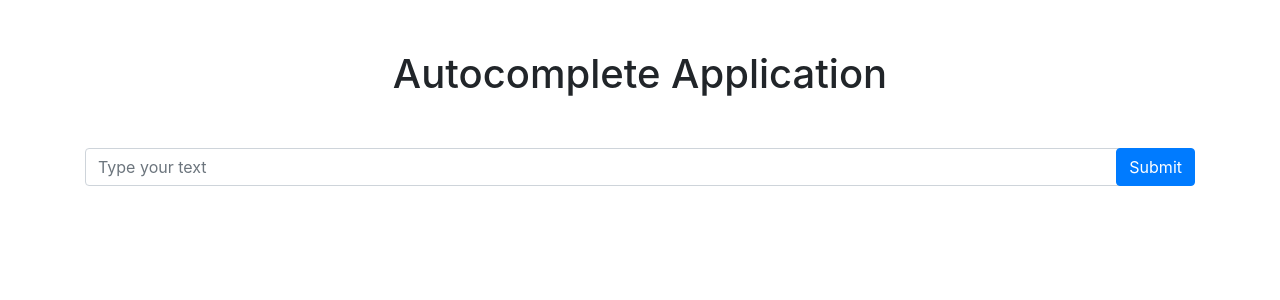
Repository: purnimapatel/auto_complete_using_trie
Page: index.html
An editor plug-in stored every save of this project. The page is shown before and after the next save, followed by the edit.
The browser window is 1280 px wide. The pictures show the whole page.
Empty fields were first filled with sample values (such as "Sample", 5 or name@example.com).
After loading, the first visible `button.btn` was clicked once.

Above is the page before, as saved 2025-03-29 13:50:53.

### index.html
<!DOCTYPE html>
<html lang="en">

<head>
    <meta charset="UTF-8">
    <meta name="viewport" content="width=device-width, initial-scale=1.0">
    <link href="./index.css" rel="stylesheet">
    <link rel="stylesheet" href="https://stackpath.bootstrapcdn.com/bootstrap/4.5.0/css/bootstrap.min.css"
        integrity="sha384-9aIt2nRpC12Uk9gS9baDl411NQApFmC26EwAOH8WgZl5MYYxFfc+NcPb1dKGj7Sk" crossorigin="anonymous">
    <title>Autocomplete Application</title>
</head>

<body>
    <header>
        <div class="container">
            <h1 class="top">Autocomplete Application</h1>
        </div>
    </header>

    <main>

        <div class="container top">
            <div class="input-group mb-3">
                <input type="text" class="form-control" placeholder="Type your text" id="text-box">
                <span><button class="btn btn-primary" onclick="handleSubmit()">Submit</button></span>
            </div>
            <ul id="list" class="list-group">
            </ul>

        </div>

    </main>

    <script src="./js/trie.js"></script>
    <script src="./js/data.js"></script>
    <script src="./js/index.js"></script>

</body>

</html>

### index.css
.top{
    margin-top: 50px;
    text-align: center;
    margin-left: auto;
    margin-right: auto;
    max-width: 500px;
}

.clickable{
    cursor: pointer;
}

.btn-primary{
    margin-left: -75px;
    position: relative;
    z-index: 3;
}

.btn-primary:active{
    z-index: 3;
}

#text-box{
    z-index: 1;
}
.form-control:focus{
    z-index: 1;
}

.input-group{
    position: relative;
}

### js/trie.js
function makeNode(ch) {
    this.ch = ch;
    this.isTerminal = false;
    this.map = {};
    this.words = [];
}

function add(str, i, root) {

    if (i === str.length) {
        root.isTerminal = true;
        return;
    }

    if (!root.map[str[i]])
        root.map[str[i]] = new makeNode(str[i]);

    root.words.push(str);
    add(str, i + 1, root.map[str[i]]);
}

function search(string, i, root){
    if(string.length === 0){
        return[];
    }
    if(i === string.length){
        return root.words;
    }
    if(!root.map[string[i]]){
        return[];
    }
    return search(string, i+1, root.map[string[i]]);

}

### js/data.js
let items = [
    "how to learn dsa",
    "Hello World",
    "apple",
    "app",
    "Avishkaar",
    "How to install Anaconda",
    "How to create youtube shorts",
    "Happy Coding",
    "What is Dark Web",
    "Learn DSA with Pepcoding",
    "Nados Info",
    "Learn with NADOS",
    "Mango",
    "Application",
    "What is WWW.",
    "Inner engineering",
    "World Wide Web",
    "Random Access Memory",
    "Roadways info",
    "Placement",
    "how to prepare for product based companies",
    "what is fullform of",
    "what is fullform of ISRO",
    "what is the Barmuda triangle",
    "'Be positive' essay",
    "Uses of Sulphur",
    "Today's Tagline",
    "Dart",
    "Dart Programming",
    "Don 2",
    "DareToCompete",
    "Do's and dont's",
    "The Sun",
    "The Universe",
    "The University",
    "Divide and Rule",
    "Check your Brain age",
    "Concept of Relativity",
    "Concept of Physics",
    "Clear your doubt",
    "Cat",
    "cat",
    "divide and rule",
    "dart",
    "python",
    "c programming",
    "Application",
    "c++ programming concept",
    "Java",
    "java",
    "google",
    "good morning quotes",
    "good quotes",
    "second world war",
    "Good morning",
    "vander waal force",
    "mango",
    "Mango",
    "Most important topics",
    "most important topics for board",
    "Most important topics",
    "flutter",
    "Go",
    "Apple",
    "Golang",
    "go programming language",
    "xylem and phloyem",
    "zoo",
    "wildlife",
    "as well as",
    "Amazing concept",
    "amazing concept",
    "Largest",
    "Low intensity",
    "low intensity",
    "trie",
    "timeline",
    "k-mean clustering",
    "knowledge",
    "knowledge is your power",
    "Know yourself",
    "Examples of",
    "starting of life on the earth",
    "book your show",
    "cookies",
    "domain",
    "element",
    "fear of",
    "gear up",
    "honest talk",
    "is it clear",
    "jk",
    "know your potential",
    "lemon",
    "mongo",
    "note that",
    "operation",
    "pick the correct option",
    "quick",
    "rare element on the earth",
    "seven color of",
    "test your knowledge",
    "use of",
    "vacobulary in",
    "well explained",
    "xyz",
    "yes, start",
    "zone of",
    "Book the ticket",
    "Conceptual understanding",
    "Data analysis",
    "Engagement incremental",
    "Fog and mist",
    "Gear up your progress",
    "How to start coding",
    "Is it right",
    "Jest",
    "K is symbol of",
    "Lotus tample",
    "Magnify",
    "No SQL",
    "Okay means",
    "P-block element",
    "Quartz",
    "Rest state",
    "Seven colour of ",
    "There are how many type of",
    "Uses of",
    "V s l",
    "Wax ",
    "X R",
    "Year ",
    "Zone",
];

### js/index.js
const root = new makeNode('\0');
for (const item of items)
    add(item, 0, root);

const text_box = document.getElementById("text-box");
const list = document.getElementById("list");

function handler(e) {
    const str = e.target.value;
    predictions = search(str, 0, root);

    console.log(predictions);
    list.innerHTML = ""
    for (const prediction of predictions)
        list.innerHTML += `<li class="list-group-item clickable" onclick="handleClick(this)"><b>${str}</b>${prediction.substring(str.length)}</li>`;

}


function handleClick(e) {
    text_box.value = e.innerText;
}
function handleSubmit(){
    let data = text_box.value.trim();
    if(data) {
        if(!items.includes(data)) {
            items.unshift(data);
            add(data, 0, root);  // Add to trie data structure
        }
        console.log(items.length);
        if(items.length>100){
            for(let i=0;i<(items.length)/2;i++){
                items.pop();
            }
        }
        text_box.value = "";
        handler({ target: { value: "" } });  // Reset suggestions
    }
}

handler({ target: { value: "" } });

if(text_box)
text_box.addEventListener("keyup", handler);

After the next save:
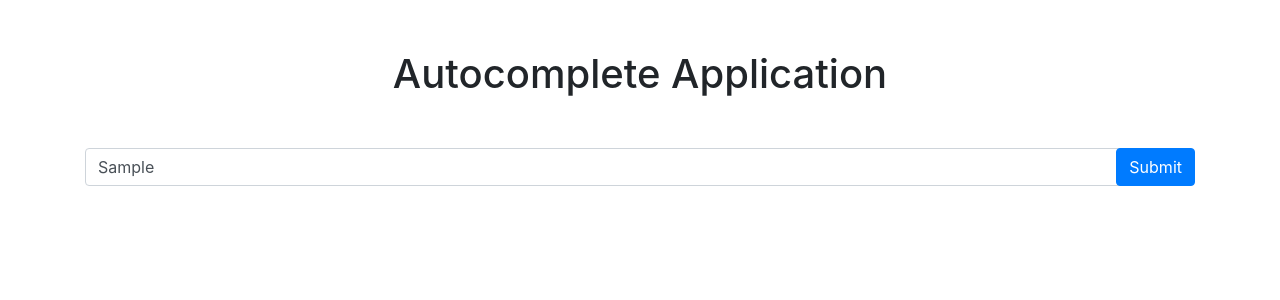
Console error: SyntaxError: Identifier 'items' has already been declared
Saved 3 min 19 s later.
--- a/js/index.js
+++ b/js/index.js
@@ -1,3 +1,6 @@
+// Initialize items from localStorage or use default items from data.js
+let items = JSON.parse(localStorage.getItem('autocomplete_items')) || window.items;
+
 const root = new makeNode('\0');
 for (const item of items)
     add(item, 0, root);
@@ -13,25 +16,28 @@
     list.innerHTML = ""
     for (const prediction of predictions)
         list.innerHTML += `<li class="list-group-item clickable" onclick="handleClick(this)"><b>${str}</b>${prediction.substring(str.length)}</li>`;
-
 }
-
 
 function handleClick(e) {
     text_box.value = e.innerText;
 }
+
 function handleSubmit(){
     let data = text_box.value.trim();
     if(data) {
         if(!items.includes(data)) {
             items.unshift(data);
             add(data, 0, root);  // Add to trie data structure
+            // Save to localStorage
+            localStorage.setItem('autocomplete_items', JSON.stringify(items));
         }
         console.log(items.length);
         if(items.length>100){
             for(let i=0;i<(items.length)/2;i++){
                 items.pop();
             }
+            // Save updated array after trimming
+            localStorage.setItem('autocomplete_items', JSON.stringify(items));
         }
         text_box.value = "";
         handler({ target: { value: "" } });  // Reset suggestions

After the 6 saves that followed:
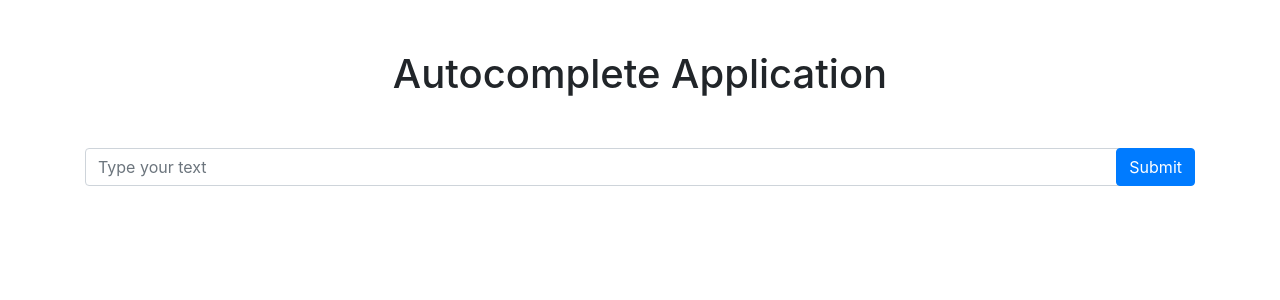
The error is gone.
The 6 saves are shown as one change because 5 left the picture as it was.
The last was saved 6 min 28 s later.
--- a/index.html
+++ b/index.html
@@ -32,7 +32,7 @@
     </main>
 
     <script src="./js/trie.js"></script>
-    <script src="./js/data.js"></script>
+    <!-- <script src="./js/data.js"></script> -->
     <script src="./js/index.js"></script>
 
 </body>
--- a/js/index.js
+++ b/js/index.js
@@ -1,9 +1,14 @@
 // Initialize items from localStorage or use default items from data.js
-let items = JSON.parse(localStorage.getItem('autocomplete_items')) || window.items;
+let storedItems = localStorage.getItem('autocomplete_items');
+let items = storedItems ? Array.from(JSON.parse(storedItems)) : Array.from(window.items || []);
+console.log(typeof(items), Array.isArray(items));
 
 const root = new makeNode('\0');
-for (const item of items)
-    add(item, 0, root);
+for (const item of items) {
+    if (typeof item === 'string') {
+        add(item, 0, root);
+    }
+}
 
 const text_box = document.getElementById("text-box");
 const list = document.getElementById("list");
@@ -29,15 +34,13 @@
             items.unshift(data);
             add(data, 0, root);  // Add to trie data structure
             // Save to localStorage
-            localStorage.setItem('autocomplete_items', JSON.stringify(items));
+            localStorage.setItem('autocomplete_items', JSON.stringify(Array.from(items)));
         }
         console.log(items.length);
-        if(items.length>100){
-            for(let i=0;i<(items.length)/2;i++){
-                items.pop();
-            }
+        if(items.length > 100){
+            items = items.slice(0, 50);  // Keep only first 50 items
             // Save updated array after trimming
-            localStorage.setItem('autocomplete_items', JSON.stringify(items));
+            localStorage.setItem('autocomplete_items', JSON.stringify(Array.from(items)));
         }
         text_box.value = "";
         handler({ target: { value: "" } });  // Reset suggestions
